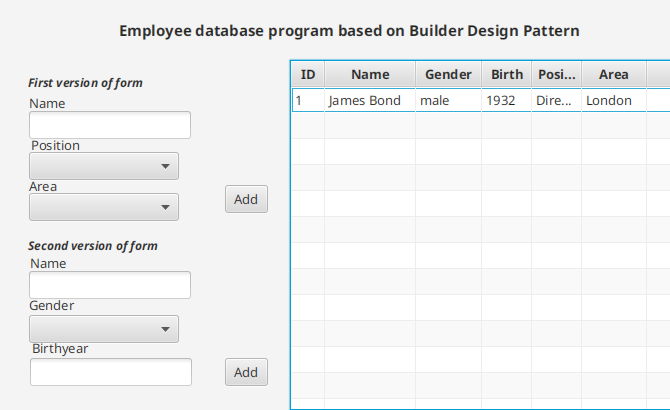
Repository: DanielCsonka987/JavaPrograms_programPatterns
Program's window: java OOP_ProgPat_Builder/src/application/Main.java
An editor plug-in stored every save of this project. The program's window is shown before and after the next save, followed by the edit.
It runs on Java 21 on a 1366 x 768 screen with JavaFX 11; the title bar is not drawn.

Above is the program's window before, as saved 2019-10-21 13:14:07.

After the next save:
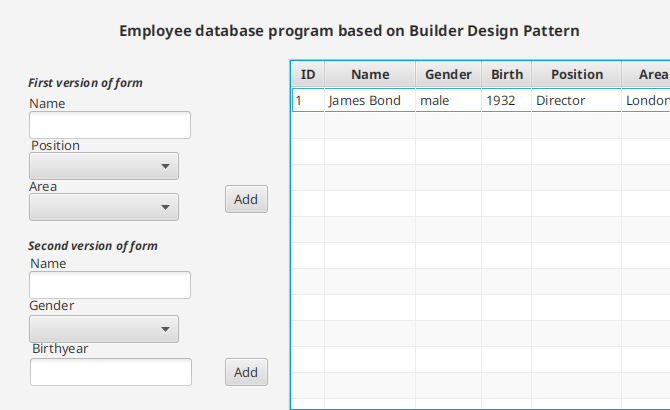
Saved 13 s later.
--- a/OOP_ProgPat_Builder/src/application/MainWindowController.java
+++ b/OOP_ProgPat_Builder/src/application/MainWindowController.java
@@ -79,7 +79,7 @@
 		birthYears = new TableColumn<Employee, Number>("Birth");
 		birthYears.setCellValueFactory(c -> c.getValue().getBirthYearProp());
 		positions = new TableColumn<Employee, String>("Position");
-		positions.setPrefWidth(50);;
+		positions.setPrefWidth(90);
 		positions.setCellValueFactory(c -> c.getValue().getPositionProp());
 		areas = new TableColumn<Employee, String>("Area");
 		areas.setCellValueFactory(c -> c.getValue().getAreaProp());
